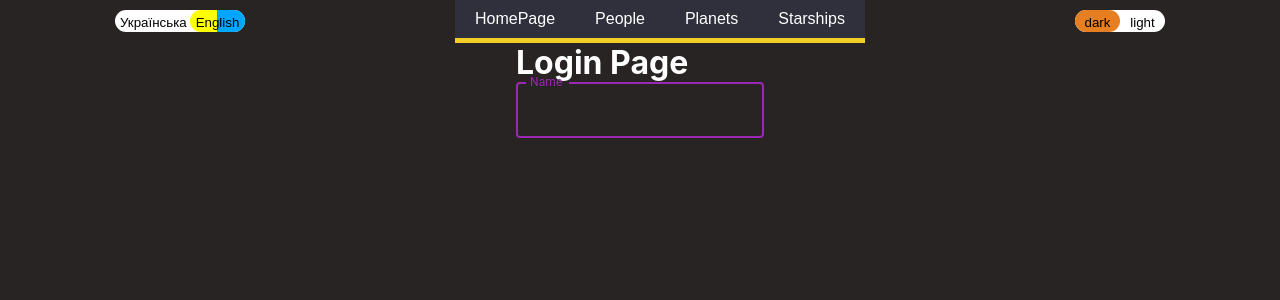
Repository: Novoselets28/star-wars-hooks
Page: /
These files come from the project's save history. The page is drawn as it stood at one moment and after the next save; the edit follows.
The browser window is 1280 px wide. The pictures show the whole page.
The project was rebuilt for these pictures with package versions that can differ from the ones it lists, and the page was loaded fresh each time. Also part of the build but not shown: src/components/HomePage.jsx, src/components/People/CurrentPeople.jsx, src/components/People/PeopleList.jsx, src/components/People/People.jsx, src/components/Planets/CurrentPlanet.jsx, src/components/Planets/PlanetsList.jsx, src/components/Planets/Planets.jsx, src/components/Starships/CurrentStarship.jsx and 4 more.

Above is the page before, as saved 2023-03-27 21:54:27.

### src/index.js
import React from 'react';
import ReactDOM from 'react-dom/client';
import './index.css';
import App from './App';
import reportWebVitals from './reportWebVitals';
import { BrowserRouter } from 'react-router-dom';



const root = ReactDOM.createRoot(document.getElementById('root'));
root.render(
  <React.StrictMode>
    <BrowserRouter>
      <App />
    </BrowserRouter>
  </React.StrictMode>
);

// If you want to start measuring performance in your app, pass a function
// to log results (for example: reportWebVitals(console.log))
// or send to an analytics endpoint. Learn more: https://bit.ly/CRA-vitals
reportWebVitals();

### src/App.js
import React, { createContext, useState } from 'react';
import { Route, Routes } from 'react-router-dom';
import './App.css'
import Header from './components/Header';
import HomePage from './components/HomePage';
import People from './components/People/People';
import Planets from './components/Planets/Planets';
import Starships from './components/Starships/Starships';
import LoginPage from './components/LoginPage';
import RequireAuth from './hoc/RequireAuth';
import AuthProvider from './hoc/AuthProvider'
import Layout from './components/Layout';
import ErrorPage from './components/ErrorPage';



export const ThemeContext = createContext();
export const LanguageContext = createContext(null)

function App() {

  const [theme, setTheme] = useState("dark");

  const [language, setLanguage] = useState("eng")


  return (
          <div className={`container-${theme}`}>
            <LanguageContext.Provider value={{language, setLanguage}}>
              <ThemeContext.Provider value={{theme,setTheme}}>
                <AuthProvider>
                  <Header/>
                  <Routes>
                  <Route path="login" element={<LoginPage/>}/>
                      <Route path='*' element={<ErrorPage/>} />
                      <Route path='/' element={
                        <RequireAuth>
                          <Layout />
                        </RequireAuth>
                      }/>
                      <Route path="home" element={
                        <RequireAuth>
                          <HomePage />
                        </RequireAuth>
                      }/>
                      <Route path="people" element={
                        <RequireAuth>
                          <People />
                        </RequireAuth>
                      }/>
                      <Route path="planets" element={
                        <RequireAuth>
                          <Planets/>
                        </RequireAuth>
                      } />
                      <Route path="starships" element={
                        <RequireAuth>
                          <Starships/>
                        </RequireAuth>
                      } />
                  </Routes>
                </AuthProvider>
              </ThemeContext.Provider>
            </LanguageContext.Provider>
            </div>

  );
}

export default App;

### src/App.css
*{
  margin: 0;
  padding: 0;
}

.header{
  display: flex;
  justify-content: space-around;
  width: 100vw;
}

.navigate-block{
  display: flex;
}

header a{
  text-decoration: none;
  font-family: sans-serif;
  display: inline-block;
  color: #fff;
  padding: 10px 20px;
  background-color: rgb(48, 48, 61);
  border-bottom: 5px solid #f4ce28;
}

.container-dark {
  background-color: rgb(40, 36, 36);
  color: #fff;
  width: 100vw;
  height: 100vh;
  display: flex;
  flex-direction: column;
  align-items: center;
}

.container-light {
  background-color: rgb(171, 163, 163);
  color: #fff;
  width: 100vw;
  height: 100vh;
  display: flex;
  flex-direction: column;
  align-items: center;

}

.item-block{
  width: 240px;
  text-align: center;
}

.item-block button{
  cursor: pointer;
  border: none;
  border-radius: 25px;
  font-weight: 600;
  margin: 10px 10px;
  width: 50px;
  padding: 10px 0;
  box-shadow: 0 0 20px rgba(104, 85, 224, 0.2);
  transition: 0.4s;
  color: rgb(104, 85, 224);
  background-color: rgba(255, 255, 255, 1);
  border: 1px solid rgba(104, 85, 224, 1);
}

.item-block button:hover{
  color: white;
  box-shadow: 0 0 20px rgba(104, 85, 224, 0.6);
  background-color: rgba(104, 85, 224, 1);
}

.item-list{
  text-align: center;
}

.selected-item {
  background-color: rgb(56, 55, 55);
  margin: 15px;
  border: 3px solid rgb(103, 101, 101);
}

h2{
  color: rgb(8, 120, 8);
  cursor: pointer;
}

h2:hover{
  text-decoration: underline;
}

ul{
  background-color: rgb(56, 55, 55);
}

li{
  list-style: none;
  border: 1px solid rgb(103, 101, 101);
  cursor: pointer;
}

li:hover{
  box-shadow: 0 0 20px rgba(85, 85, 86, 0.6);
}

.button-box-theme{
  display: flex;
  width: 90px;
  height: 22px;
  margin: 10px 20px;
  position: relative;
  border-radius: 30px;
  background: #fff;
}

.button-box-lang{
  display: flex;
  width: 130px;
  height: 22px;
  margin: 10px 20px;
  position: relative;
  border-radius: 30px;
  background: #fff;
}

.btn-dark{
  padding: 5px;
  width: 45px;
  height: 22px;
  cursor: pointer;
  background: #e67e22;
  border: 0;
  border-radius: 30px;
  outline: none;
  transition: 0.2s;
  text-align: center;
}

.btn-light{
  padding: 5px;
  width: 45px;
  height: 22px;
  cursor: pointer;
  background: transparent;
  border: 0;
  outline: none;
  text-align: center;
}

.active{
  padding: 5px;
  width: 75px;
  height: 22px;
  cursor: pointer;
  background: linear-gradient(to right, yellow 50%, rgb(0, 166, 255) 50%);
  border: 0;
  border-radius: 30px;
  outline: none;
  transition: 0.2s;
  text-align: center;
}

.not-active{
  padding: 5px;
  width: 75px;
  height: 22px;
  cursor: pointer;
  background: transparent;
  border: 0;
  outline: none;
  text-align: center;
}

.home-page{
  text-align: center;
  padding: 20px 0;
}

.home-page button{
  cursor: pointer;
  border: 0;
  border-radius: 4px;
  font-weight: 600;
  margin: 10px 10px;
  width: 200px;
  padding: 10px 0;
  box-shadow: 0 0 20px rgba(104, 85, 224, 0.2);
  transition: 0.4s;
  color: rgb(104, 85, 224);
  background-color: rgba(255, 255, 255, 1);
  border: 1px solid rgba(104, 85, 224, 1);
}

.home-page button:hover{
    color: white;
    box-shadow: 0 0 20px rgba(104, 85, 224, 0.6);
    background-color: rgba(104, 85, 224, 1);
}

form button{
  cursor: pointer;
  border-radius: 5px;
  font-weight: 600;
  margin: 5px 10px;
  width: 50px;
  padding: 5px 0;
  box-shadow: 0 0 20px rgba(104, 85, 224, 0.2);
  transition: 0.4s;
  color: rgb(104, 85, 224);
  background-color: rgba(255, 255, 255, 1);
  border: 1px solid rgba(104, 85, 224, 1);
}

form button:hover{
  color: white;
  box-shadow: 0 0 20px rgba(104, 85, 224, 0.6);
  background-color: rgba(104, 85, 224, 1);
}

form input{
  cursor: pointer;
  outline: none;
}

#error-page {
  text-align: center;
}

### src/components/Header.jsx
import React, { useContext } from 'react';
import { Link } from 'react-router-dom';
import { LanguageContext, ThemeContext } from '../App';




function Header() {
  const {language , setLanguage} = useContext(LanguageContext)

  const {theme, setTheme} = useContext(ThemeContext);


  return (
    <header className='header'>
        <div className='button-box-lang'>
          <button className={language==="ukr" ? "active" : "not-active"} onClick={()=>setLanguage("ukr")}>Українська</button>
          <button className={language==="eng" ? "active" : "not-active"} onClick={()=>setLanguage("eng")}>English</button>
        </div>
        <div className='navigate-block'>
          <Link to='home'>HomePage</Link>
          <Link to='people'>People</Link>
          <Link to='planets'>Planets</Link>
          <Link to='starships'>Starships</Link>
        </div>
        <div className='button-box-theme'>
          <button className={theme==="dark" ? "btn-dark" : "btn-light"} onClick={()=>setTheme("dark")}>dark</button>
          <button className={theme==="light" ? "btn-dark" : "btn-light"} onClick={()=>setTheme("light")}>light</button>
        </div>
    </header>
  )
}

export default Header;

### src/components/LoginPage.jsx
import { TextField } from "@mui/material";
import { useContext } from "react";
import { useLocation, useNavigate } from "react-router-dom";
import { LanguageContext } from "../App";
import { useAuth } from "../hook/useAuth";

const LoginPage = () => {
  const navigate = useNavigate();
  const location = useLocation();

  const {language} = useContext(LanguageContext)

  const {signin} = useAuth();

  const fromPage = location.state?.from?.pathname || '/';

  const handleSubmit = (event) => {
    event.preventDefault();
    const form = event.target;
    const user = form.username.value;

    signin(user, ()=> navigate(fromPage, {replace: true}))
  }

  return (
    <div>
      <h1>{language === 'ukr' ? 'Сторінка входу' : 'Login Page'}</h1>
      {/* <form onSubmit={handleSubmit}>
        <label>
          {language === 'ukr' ? 'Імʼя' : 'Name'}: <input name="username"/>
        </label>
        <button type="submit">Login</button>
      </form> */}
      <TextField label={language === 'ukr' ? 'Імʼя' : 'Name'} color="secondary" focused >

      </TextField>
    </div>
  )
};

export default LoginPage;

### src/hoc/RequireAuth.jsx
import {useLocation, Navigate} from 'react-router-dom'
import { useAuth } from '../hook/useAuth';


const RequireAuth = ({children}) =>{
    const location = useLocation();
    const {user} = useAuth();

    if(!user){
        return <Navigate to='/login' state={{from:location}}/>
    }

    return children
}

export default RequireAuth;

### src/hoc/AuthProvider.jsx
import { createContext, useState } from "react";

export const AuthContext = createContext(null);

const AuthProvider = ({children}) => {

    const [user, setUser] = useState(null);

    const signin = (newUser, cb) =>{
        setUser(newUser);
        cb();
    }

    const signout = (cb) =>{
        setUser(null);
        cb();
    }

    const value = {user, signin, signout}


    return <AuthContext.Provider value={value}>
            {children}
        </AuthContext.Provider>
}

export default AuthProvider;

### src/hook/useAuth.jsx
import { useContext } from 'react'
import { AuthContext } from '../hoc/AuthProvider'

export function useAuth() {
  return useContext(AuthContext);
}

Loaded but not shown: public/index.html (common file); src/index.css (common file); src/reportWebVitals.js (common file)

After the next save:
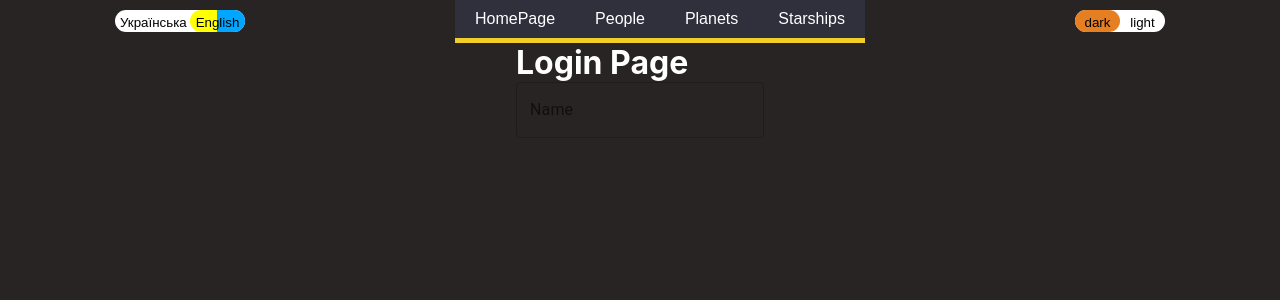
Saved 46 s later.
--- a/src/components/LoginPage.jsx
+++ b/src/components/LoginPage.jsx
@@ -31,9 +31,7 @@ const LoginPage = () => {
         </label>
         <button type="submit">Login</button>
       </form> */}
-      <TextField label={language === 'ukr' ? 'Імʼя' : 'Name'} color="secondary" focused >
-
-      </TextField>
+      <TextField id="outlined-basic" label={language === 'ukr' ? 'Імʼя' : 'Name'} variant="outlined" />
     </div>
   )
 };
